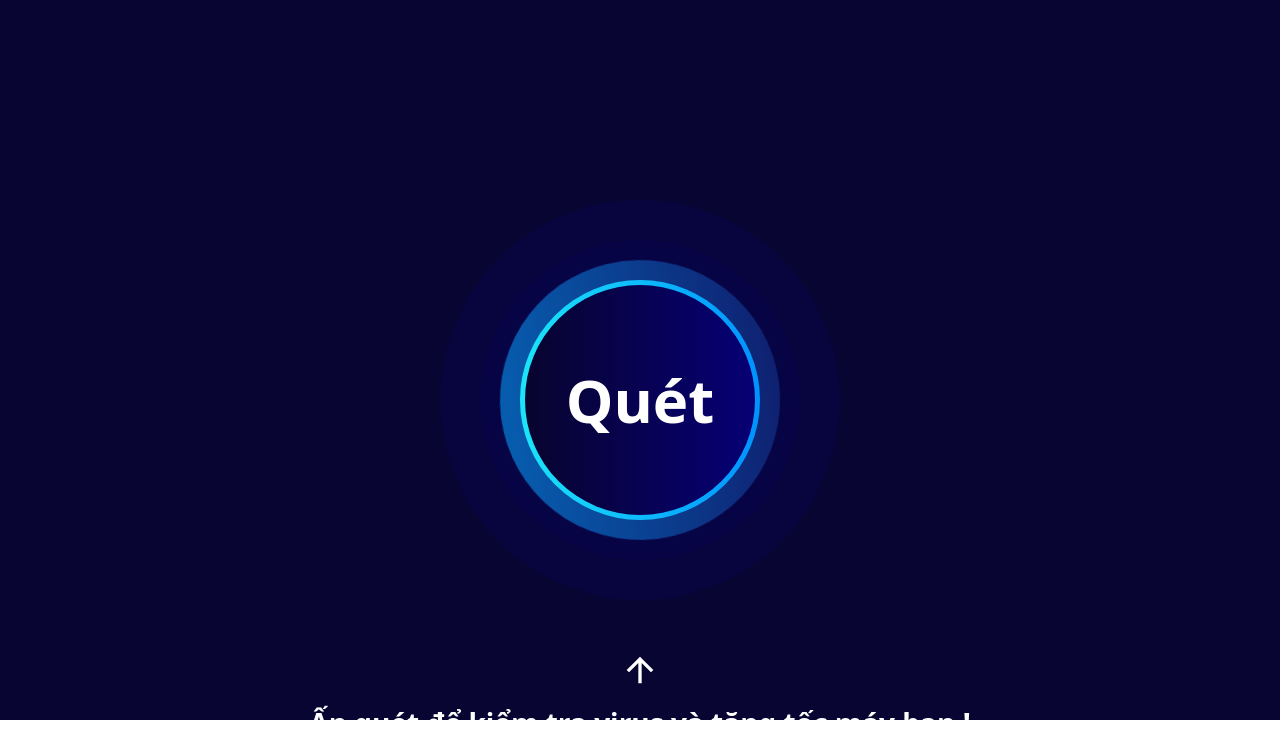
Repository: Kiendz3202/anti-virus-landingpage-mobile
Page: /
The author's editor kept a copy of each file at every save. The page is drawn from the files as they stood at one save, then again after the next save.
The browser window is 1280 px wide. The pictures show the whole page.
The project was rebuilt for these pictures with package versions that can differ from the ones it lists, and the page was loaded fresh each time. The framework's server and built-in components were replaced by stand-ins that run in the browser. Also part of the build but not shown: next.config.js, components/ScanResult.js, components/ScanShield.js.

Above is the page before, as saved 2023-01-08 20:02:42.

### pages/index.js
import HomeView from '../views';

export default function Home() {
	return <HomeView />;
}

### styles/globals.css
@tailwind base;
@tailwind components;
@tailwind utilities;

@layer base {
	html {
		/* font-size: calc(15px + 0.390625vw); //15px */
		font-size: 10px;
	}

	* {
		box-sizing: border-box;
	}

	@media (max-width: 640px) {
		html {
			font-size: 7px;
		}
	}

	@media (min-width: 640px) {
		html {
			font-size: 7px;
		}
	}

	@media (min-width: 768px) {
		html {
			font-size: 8px;
		}
	}

	@media (min-width: 1024px) {
		html {
			font-size: 9px;
		}
	}

	@media (min-width: 1280px) {
		html {
			font-size: 10px;
		}
	}
}

### views/index.js
import React, { useEffect, useState } from 'react';
import ScanResult from '../components/ScanResult';
import ScanShield from '../components/ScanShield';
import { delay } from '../utils/delay';
import ArrowUpwardIcon from '@mui/icons-material/ArrowUpward';

function HomeView() {
	// const [isCheckingInitial, setIsCheckingInitial] = useState(true);
	const [loadingScan, setLoadingScan] = useState(false);
	const [showResult, setShowResult] = useState(false);
	// useEffect(() => {
	// 	const intervalID = setTimeout(() => {
	// 		setIsCheckingInitial((toggle) => !toggle);
	// 	}, 2000);

	// 	return () => clearInterval(intervalID);
	// }, []);

	const scanHandle = async () => {
		if (!showResult) {
			// setIsCheckingInitial(false);
			setLoadingScan(true);
			// await delay(4000);
			setLoadingScan(false);
			setShowResult(true);
		}
	};
	return (
		<div className="h-screen bg-[#080533]">
			<div
				className={` w-full   transition-all ease-in-out duration-[1500ms]  ${
					showResult ? ' h-[0px]' : 'h-screen pt-[20rem]'
				}`}
			>
				<div
					className={`bg-[#08043D] h-[40rem] w-[40rem] mx-auto rounded-full flex items-center justify-center ${
						showResult ? 'hidden' : ''
					}`}
				>
					<div className=" bg-[#070446] h-[32rem] w-[32rem] rounded-full flex items-center justify-center relative">
						<div className="bg-gradient-to-r from-[#0F2171] to-[#075DAF] h-[28rem] w-[28rem] rounded-full flex items-center justify-center animate-spin"></div>
						<div
							onClick={scanHandle}
							className=" bg-gradient-to-r from-[#1CE5F8] to-[#0092FF] h-[24rem] w-[24rem] rounded-full flex items-center justify-center absolute top-[4rem]"
						>
							<div className=" bg-gradient-to-r from-[#08042E] to-[#060075] h-[23rem] w-[23rem] rounded-full flex items-center justify-center ">
								<span className="text-white text-[6rem] font-semibold">
									Quét
								</span>
							</div>
						</div>
					</div>
				</div>
				<div className="text-white text-center mt-[5rem] text-[2.8rem] font-semibold flex flex-col">
					<div>
						<ArrowUpwardIcon
							sx={{
								fontSize: '4rem',
								// marginLeft: '1.5rem',
								marginBottom: '1.2rem',
							}}
						/>
					</div>
					<div>Ấn quét để kiểm tra virus và tăng tốc máy bạn !</div>
				</div>
			</div>
			{showResult ? (
				<div className="text-white pt-[5rem]">
					<ScanShield showResult={showResult} />
					<ScanResult />
				</div>
			) : (
				''
			)}
		</div>
	);
}

export default HomeView;

### utils/delay.js
export const delay = (m) => new Promise((r) => setTimeout(r, m));

### tailwind.config.js
/** @type {import('tailwindcss').Config} */
module.exports = {
	content: [
		'./pages/**/*.{js,ts,jsx,tsx}',
		'./components/**/*.{js,ts,jsx,tsx}',
		'./views/**/*.{js,ts,jsx,tsx}',
	],
	theme: {
		extend: {},
	},
	plugins: [],
};

Loaded but not shown: pages/_app.js (common file); pages/_document.js (common file)

After the next save:
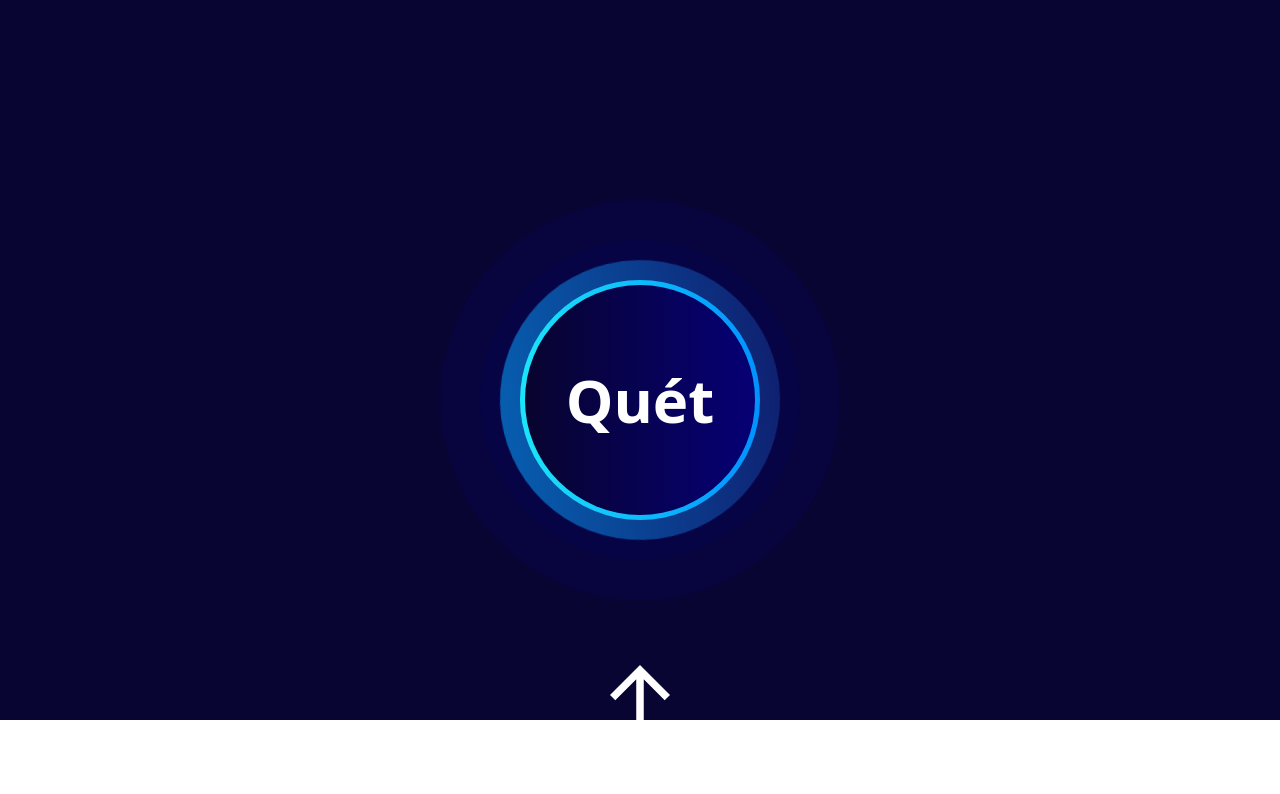
Saved 5 s later.
--- a/views/index.js
+++ b/views/index.js
@@ -55,7 +55,7 @@
 					<div>
 						<ArrowUpwardIcon
 							sx={{
-								fontSize: '4rem',
+								fontSize: '9rem',
 								// marginLeft: '1.5rem',
 								marginBottom: '1.2rem',
 							}}
